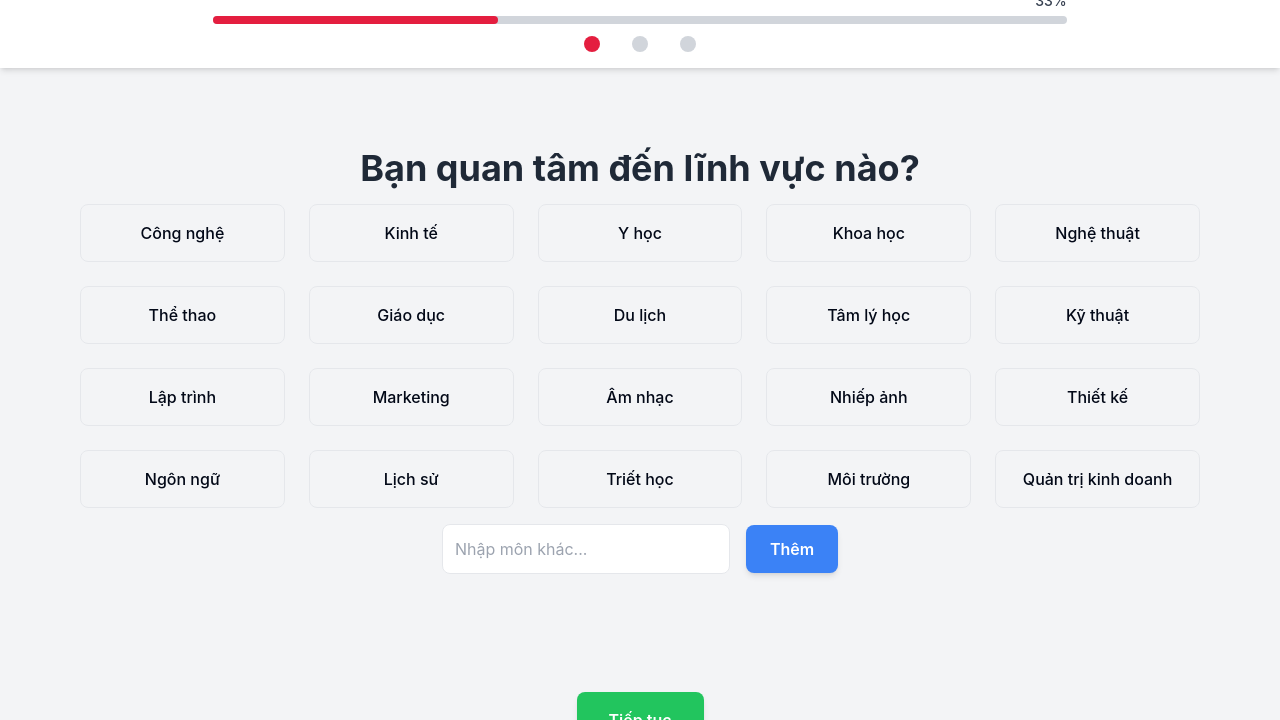
Repository: nguyenbathevien/KLTN
Page: /survey/step1 (app in FE/client/)
The author's editor kept a copy of each file at every save. The page is drawn from the files as they stood at one save, then again after the next save.
The browser window is 1280 px wide. The pictures show the whole page.
The page's requests for data from a server got no answer. An inner scrolling area shows only its first screen. The project was rebuilt for these pictures with package versions that can differ from the ones it lists, and the page was loaded fresh each time. No one was signed in, and anything a server would have sent is missing. Also part of the build but not shown: FE/client/vite.config.js, FE/client/src/components/common/Header/Header.jsx, FE/client/src/components/common/Footer/Footer.jsx, FE/client/src/components/common/Layout/TeacherLayout.jsx, FE/client/src/pages/teacher/DashboardTeacher.jsx, FE/client/src/pages/teacher/CourseManagement.jsx, FE/client/src/pages/teacher/Statistics.jsx, FE/client/src/pages/teacher/Profile.jsx and 22 more.

Above is the page before, as saved 2025-03-14 09:13:46.

### FE/client/src/main.jsx
import { StrictMode } from "react";
import { createRoot } from "react-dom/client";
import "./index.css";
import App from "./App.jsx";
import "./auth.css";
import "./swiper.css";

createRoot(document.getElementById("root")).render(
  <StrictMode>
    <App />
  </StrictMode>
);

### FE/client/src/App.jsx
import { BrowserRouter as Router, Routes, Route } from "react-router-dom";
import TeacherRoutes from "./routes/TeacherRoutes";
import StudentRoutes from "./routes/StudentRoutes";
import PublicRoutes from "./routes/PublicRoutes";
import Verify from "./pages/auth/Verify";
import { ToastContainer } from "react-toastify";
import { AuthProvider } from "./contexts/AuthContext";
import ScrollToTop from "./components/common/Layout/ScrollToTop";

import SurveyRoutes from "./routes/SurveyRoutes";
// import PrivateRoute from "./routes/PrivateRoute";

function App() {
  return (
    <AuthProvider>
      <Router>
        <ScrollToTop />
        <Routes>
          {/* Route public */}
          <Route path="/*" element={<PublicRoutes />} />

          {/* Route dashboard student */}
          <Route path="/student/*" element={<StudentRoutes />} />

          <Route path="/verify" element={<Verify />} />
          <Route path="/survey/*" element={<SurveyRoutes />} />
          {/* Thêm route cho giảng viên với PrivateRoute */}
          <Route
            path="/instructor/*"
            element={
              // <PrivateRoute> dòng này để bảo vệ dashboard teacer phải đăng nhập thì mới vào được( giờ tạm tắt để css )
              <TeacherRoutes />
              // </PrivateRoute>
            }
          />
        </Routes>
      </Router>
      <ToastContainer />
    </AuthProvider>
  );
}

export default App;

### FE/client/src/auth.css
/* Auth Container */
.auth-container {
  @apply min-h-screen flex;
}

/* Auth Slider */
.auth-slider {
  @apply hidden lg:block lg:w-1/2 relative overflow-hidden bg-primary;
}

/* Auth Form Container */
.auth-form-container {
  @apply w-full lg:w-1/2 flex flex-col justify-center px-4 sm:px-6 lg:px-8 py-12 bg-background;
}

/* Auth Form Box */
.auth-form-box {
  @apply w-full max-w-md mx-auto bg-card p-8 rounded-sm shadow-sm;
}

/* Auth Title */
.auth-title {
  @apply text-2xl md:text-3xl font-bold text-foreground text-center mb-2;
}

/* Auth Subtitle */
.auth-subtitle {
  @apply text-sm text-accent text-center mb-8;
}

/* Form Input */
.form-input {
  @apply w-full px-4 py-2 border border-input rounded-sm
         focus:outline-none focus:ring-2 focus:ring-primary focus:border-transparent
         placeholder-accent/60;
}

/* Form Error */
.form-error {
  @apply text-destructive text-sm mt-1;
}

/* Social Buttons */
.btn-social {
  @apply w-full flex items-center justify-center px-4 py-2
         border border-input rounded-sm text-sm font-medium
         text-foreground bg-card hover:bg-secondary
         transition-colors duration-200;
}

/* Primary Button */
.btn-primary {
  @apply w-full px-4 py-2 bg-primary text-primary-foreground
         rounded-sm font-medium hover:bg-primary/90
         transition-colors duration-200
         disabled:opacity-50 disabled:cursor-not-allowed;
}

/* Divider */
.auth-divider {
  @apply relative my-6;
}

.auth-divider::before {
  content: "";
  @apply absolute inset-0 flex items-center;
}

.auth-divider::before {
  @apply w-full border-t border-input;
}

.auth-divider-text {
  @apply relative flex justify-center text-sm text-accent;
}

.auth-divider-text span {
  @apply px-2 bg-card;
}

/* Links */
.auth-link {
  @apply text-primary hover:text-primary/90 transition-colors duration-200;
}

/* Form Group */
.form-group {
  @apply space-y-1;
}

/* Terms Text */
.terms-text {
  @apply text-xs text-accent text-center mt-6;
}

/* Login Link Container */
.login-link-container {
  @apply text-center text-sm text-accent mt-6;
}

/* Slide Content */
.slide-content {
  @apply max-w-xl text-center px-4;
}

.slide-title {
  @apply text-2xl md:text-4xl font-bold text-white mb-4;
}

.slide-description {
  @apply text-base md:text-xl text-white/90;
}

/* Animation Classes */
.fade-in {
  @apply animate-fade-in;
}

.slide-up {
  @apply animate-slide-up;
}

/* Responsive Adjustments */
@screen sm {
  .auth-form-box {
    @apply p-10;
  }
}

@screen md {
  .auth-form-container {
    @apply px-8;
  }
}

@screen lg {
  .auth-form-container {
    @apply px-12;
  }
}
/* trang verify */
.text-primary {
  color: #e41e3f;
}

.bg-primary {
  background-color: #e41e3f;
}

.hover\:bg-primary\/90:hover {
  background-color: rgba(228, 30, 63, 0.9);
}

.border-primary {
  border-color: #e41e3f;
}

.bg-primary\/10 {
  background-color: rgba(228, 30, 63, 0.1);
}

/* Animation cho input khi focus */
@keyframes pulse {
  0% {
    box-shadow: 0 0 0 0 rgba(228, 30, 63, 0.4);
  }
  70% {
    box-shadow: 0 0 0 4px rgba(228, 30, 63, 0);
  }
  100% {
    box-shadow: 0 0 0 0 rgba(228, 30, 63, 0);
  }
}

input:focus {
  animation: pulse 1.5s infinite;
}
/* ----------------- */

### FE/client/src/contexts/AuthContext.jsx
import React, { createContext, useContext, useState, useEffect } from "react";
import { toast } from "react-toastify";
import { getCurrentUser, login, logout } from "../services/auth.services";

// Tạo AuthContext
const AuthContext = createContext();

// Provider quản lý xác thực
export const AuthProvider = ({ children }) => {
  const [user, setUser] = useState(null);
  const [loading, setLoading] = useState(true);

  // Gọi API login và cập nhật user
  const handleLogin = async (data) => {
    try {
      const userData = await login(data);
      setUser(userData);
    } catch (error) {
      console.error(error);
    }
  };

  // Gọi API logout
  const handleLogout = async () => {
    try {
      await logout();
      setUser(null);
    } catch (error) {
      console.error(error);
    }
  };

  // Lấy thông tin user khi load trang
  useEffect(() => {
    const fetchUser = async () => {
      try {
        const currentUser = await getCurrentUser();
        setUser(currentUser);
      } catch (error) {
        setUser(null);
      } finally {
        setLoading(false);
      }
    };

    fetchUser();
  }, []);

  return (
    <AuthContext.Provider value={{ user, loading, handleLogin, handleLogout }}>
      {children}
    </AuthContext.Provider>
  );
};

// Custom hook để sử dụng AuthContext
export const useAuth = () => {
  return useContext(AuthContext);
};

### FE/client/src/components/common/Layout/ScrollToTop.js
import { useEffect } from "react";
import { useLocation } from "react-router-dom";

const ScrollToTop = () => {
  const { pathname } = useLocation();

  useEffect(() => {
    window.scrollTo(0, 0, { behavior: "smooth" });
  }, [pathname]);

  return null;
};

export default ScrollToTop;

### FE/client/src/routes/SurveyRoutes.jsx
import { Route, Routes } from "react-router-dom";
import DashboardLayout from "../components/common/Layout/SurveyLayout";
import SurveyStep1 from "../pages/survay/SurveyStep1";
import SurveyStep2 from "../pages/survay/SurveyStep2";
import SurveyStep3 from "../pages/survay/SurveyStep3";

const SurveyRoutes = () => {
  return (
    <DashboardLayout>
      <Routes>
        <Route path="step1" element={<SurveyStep1 />} />
        <Route path="step2" element={<SurveyStep2 />} />
        <Route path="step3" element={<SurveyStep3 />} />
      </Routes>
    </DashboardLayout>
  );
};
export default SurveyRoutes;

### FE/client/src/services/auth.services.js
import { toast } from "react-toastify";
import http from "../../config/http";

export const login = async (data) => {
  try {
    const response = await http.post("/login", data);
    localStorage.setItem("token", response.data.data);
    toast.success("Login successfully", {
      autoClose: 1000,
      onClose: () => {
        window.location.href = "/";
      },
    });
    return response.data.data;
  } catch (error) {
    toast.error("Login failed", {
      autoClose: 1000,
    });
    throw error.response.data;
  }
};

export const register = async (data) => {
  try {
    await http.post("/user", data);
    toast.success("Register successfully", {
      autoClose: 1000,
      onClose: () => {
        window.location.href = "/login";
      },
    });
  } catch (error) {
    toast.error("Register failed", {
      autoClose: 1000,
    });
    throw error.response.data;
  }
};

export const logout = async () => {
  try {
    localStorage.removeItem("token");
    toast.success("Logout successfully", {
      autoClose: 1000,
      onClose: () => {
        window.location.href = "/";
      },
    });
  } catch (error) {
    toast.error("Logout failed", {
      autoClose: 1000,
    });
    throw error.response.data;
  }
};

export const getCurrentUser = async () => {
  try {
    const token = localStorage.getItem("token");
    if (!token) {
      return null;
    }
    const response = await http.get("/account", {
      headers: {
        Authorization: `Bearer ${token}`,
      },
    });
    return response.data.data;
  } catch (error) {
    throw error.response.data;
  }
};

### FE/client/src/components/common/Layout/SurveyLayout.jsx
import { Link, useLocation } from "react-router-dom";
import { motion } from "framer-motion";

const steps = [
  { id: 1, path: "/survey/step1" },
  { id: 2, path: "/survey/step2" },
  { id: 3, path: "/survey/step3" },
];

const DashboardLayout = ({ children }) => {
  const location = useLocation(); // Lấy URL hiện tại

  // Xác định bước hiện tại dựa trên pathname
  const currentStepIndex = steps.findIndex(
    (step) => step.path === location.pathname
  );
  const progressPercentage = ((currentStepIndex + 1) / steps.length) * 100; // Tính phần trăm hoàn thành

  return (
    <div className="flex flex-col h-screen bg-gray-100">
      {/* Thanh điều hướng ngang */}
      <nav className="w-full bg-white shadow-md flex flex-col items-center py-4">
        {/* Hiển thị tiến trình */}
        <div className="w-2/3 bg-gray-300 h-2 rounded-full mb-3 relative">
          <motion.div
            className="bg-primary h-2 rounded-full"
            initial={{ width: "0%" }}
            animate={{ width: `${progressPercentage}%` }}
            transition={{ duration: 0.5 }}
          />
          <span className="absolute right-0 top-[-25px] text-sm font-medium text-gray-700">
            {progressPercentage.toFixed(0)}%
          </span>
        </div>

        {/* Các bước khảo sát */}
        <div className="flex">
          {steps.map((step, index) => (
            <Link key={step.id} to={step.path} className="relative mx-4">
              <motion.div
                className={`w-4 h-4 rounded-full ${
                  location.pathname === step.path
                    ? "bg-primary"
                    : "bg-gray-300 hover:bg-blue-400"
                }`}
                whileHover={{ scale: 1.5 }}
                transition={{ duration: 0.3 }}
              />
            </Link>
          ))}
        </div>
      </nav>

      {/* Nội dung chính */}
      <motion.main
        initial={{ opacity: 0 }}
        animate={{ opacity: 1 }}
        transition={{ duration: 0.5 }}
        className="flex-1 p-8 overflow-auto"
      >
        {children}
      </motion.main>
    </div>
  );
};

export default DashboardLayout;

### FE/client/src/pages/survay/SurveyStep1.jsx
import { useState, useEffect } from "react";
import { useNavigate } from "react-router-dom";
import { motion } from "framer-motion";

const interestsList = [
  "Công nghệ",
  "Kinh tế",
  "Y học",
  "Khoa học",
  "Nghệ thuật",
  "Thể thao",
  "Giáo dục",
  "Du lịch",
  "Tâm lý học",
  "Kỹ thuật",
  "Lập trình",
  "Marketing",
  "Âm nhạc",
  "Nhiếp ảnh",
  "Thiết kế",
  "Ngôn ngữ",
  "Lịch sử",
  "Triết học",
  "Môi trường",
  "Quản trị kinh doanh",
];

const SurveyStep1 = () => {
  const navigate = useNavigate();

  // Lấy dữ liệu từ localStorage
  const [interests, setInterests] = useState(() => {
    return JSON.parse(localStorage.getItem("interests")) || [];
  });

  // Giá trị nhập vào của "Khác..."
  const [customInterest, setCustomInterest] = useState("");

  useEffect(() => {
    localStorage.setItem("interests", JSON.stringify(interests));
  }, [interests]);

  const handleNext = () => navigate("/survey/step2");

  return (
    <div className="flex flex-col justify-between h-screen p-12">
      {/* Tiêu đề */}
      <h2 className="text-4xl font-bold text-gray-800 text-center mb-4">
        Bạn quan tâm đến lĩnh vực nào?
      </h2>

      {/* Danh sách lựa chọn */}
      <div className="grid grid-cols-2 sm:grid-cols-3 md:grid-cols-4 lg:grid-cols-5 gap-6 mx-auto w-full max-w-6xl">
        {interestsList.map((item) => (
          <motion.button
            key={item}
            whileTap={{ scale: 0.9 }}
            className={`p-4 border rounded-lg text-center font-medium transition duration-300 ${
              interests.includes(item)
                ? "bg-primary text-white shadow-lg"
                : "bg-gray-100 hover:bg-gray-200"
            }`}
            onClick={() =>
              setInterests((prev) =>
                prev.includes(item)
                  ? prev.filter((i) => i !== item)
                  : [...prev, item]
              )
            }
          >
            {item}
          </motion.button>
        ))}
      </div>

      {/* Nhập môn học khác */}
      <div className="flex items-center justify-center mt-4 space-x-4">
        <input
          type="text"
          placeholder="Nhập môn khác..."
          value={customInterest}
          onChange={(e) => setCustomInterest(e.target.value)}
          className="p-3 border rounded-lg w-72 focus:ring focus:ring-primary"
        />
        <motion.button
          whileHover={{ scale: 1.1 }}
          whileTap={{ scale: 0.9 }}
          className="bg-blue-500 text-white px-6 py-3 rounded-lg font-semibold shadow-md transition"
          onClick={() => {
            if (customInterest.trim() && !interests.includes(customInterest)) {
              setInterests([...interests, customInterest.trim()]);
              setCustomInterest(""); // Reset input
            }
          }}
        >
          Thêm
        </motion.button>
      </div>

      {/* Nút Tiếp tục luôn ở cuối */}
      <div className="flex justify-center mt-auto pb-6">
        <motion.button
          whileHover={{ scale: 1.1 }}
          whileTap={{ scale: 0.9 }}
          className="bg-green-500 text-white px-8 py-4 rounded-lg font-semibold shadow-md transition"
          onClick={handleNext}
        >
          Tiếp tục
        </motion.button>
      </div>
    </div>
  );
};

export default SurveyStep1;

### FE/client/config/http.js
import axios from "axios";

const http = axios.create({
  baseURL: import.meta.env.VITE_API_URL,
  withCredentials: true,
  headers: {
    "Content-Type": "application/json",
  },
});

// Add a request interceptor
http.interceptors.request.use(
  function (config) {
    // Do something before request is sent
    // For example, you can add authorization tokens here
    const token = localStorage.getItem("token");
    if (token) {
      config.headers.Authorization = `Bearer ${token}`;
    }
    return config;
  },
  function (error) {
    // Do something with request error
    return Promise.reject(error);
  }
);

// Add a response interceptor
http.interceptors.response.use(
  function (response) {
    // Any status code that lie within the range of 2xx cause this function to trigger
    // Do something with response data
    return response;
  },
  function (error) {
    // Any status codes that falls outside the range of 2xx cause this function to trigger
    // Do something with response error
    if (error.response && error.response.status === 401) {
      // Handle unauthorized errors, e.g., redirect to login
      localStorage.removeItem("token");
    }
    return Promise.reject(error);
  }
);

export default http;

### FE/client/tailwind.config.js
/** @type {import('tailwindcss').Config} */
export default {
  content: ["./index.html", "./src/**/*.{js,ts,jsx,tsx}"],
  theme: {
    extend: {
      colors: {
        primary: {
          DEFAULT: "#E11D48",
          foreground: "#FFFFFF",
        },
        secondary: {
          DEFAULT: "#F0F1F3",
          foreground: "#020817",
        },
        accent: {
          DEFAULT: "#6D7074",
          foreground: "#020817",
        },
        background: "#FAFAFB",
        foreground: "#020817",
        card: {
          DEFAULT: "#FFFFFF",
          foreground: "#020817",
        },
        popover: {
          DEFAULT: "#FFFFFF",
          foreground: "#020817",
        },
        muted: {
          DEFAULT: "#F0F1F3",
          foreground: "#6D7074",
        },
        destructive: {
          DEFAULT: "#FF4C4C",
          foreground: "#FFFFFF",
        },
        border: "#E0E0E0",
        input: "#E0E0E0",
        ring: "#E11D48",
        chart: {
          1: "#FF6F61",
          2: "#4CAF50",
          3: "#03A9F4",
          4: "#FFC107",
          5: "#8E44AD",
        },
        // Thêm màu cho form đăng ký
        form: {
          input: {
            DEFAULT: "#FFFFFF",
            border: "#E0E0E0",
            focus: "#E11D48",
            error: "#FF4C4C",
          },
          button: {
            social: {
              facebook: "#1877F2",
              google: "#DB4437",
              apple: "#000000",
            },
          },
        },
      },
      fontFamily: {
        sans: ["Inter", "sans-serif"],
      },
      fontSize: {
        heading: "28px",
        body: "16px",
        // Thêm kích thước font cho form
        form: {
          title: "2.25rem", // 36px
          subtitle: "1.125rem", // 18px
          input: "0.875rem", // 14px
          error: "0.75rem", // 12px
        },
      },
      fontWeight: {
        heading: "600",
        body: "400",
      },
      borderRadius: {
        sm: "0.125rem",
        // Thêm border radius cho form
        form: "0.5rem", // 8px
      },
      boxShadow: {
        sm: "0 1px 2px 0 rgb(0 0 0 / 0.05)",
        // Thêm shadow cho form
        form: "0 4px 6px -1px rgb(0 0 0 / 0.1), 0 2px 4px -2px rgb(0 0 0 / 0.1)",
        input: "0 1px 2px 0 rgb(0 0 0 / 0.05)",
      },
      spacing: {
        // Thêm spacing cho form
        form: {
          input: "0.75rem", // 12px
          gap: "1.5rem", // 24px
          padding: "2rem", // 32px
        },
      },
      animation: {
        // Thêm animation cho form
        "slide-up": "slideUp 0.3s ease-out",
        "fade-in": "fadeIn 0.3s ease-out",
      },
      keyframes: {
        slideUp: {
          "0%": { transform: "translateY(10px)", opacity: 0 },
          "100%": { transform: "translateY(0)", opacity: 1 },
        },
        fadeIn: {
          "0%": { opacity: 0 },
          "100%": { opacity: 1 },
        },
      },
    },
  },
  plugins: [],
  darkMode: "class",
};

Loaded but not shown: FE/client/index.html (common file); FE/client/src/index.css (common file)

After the next save:
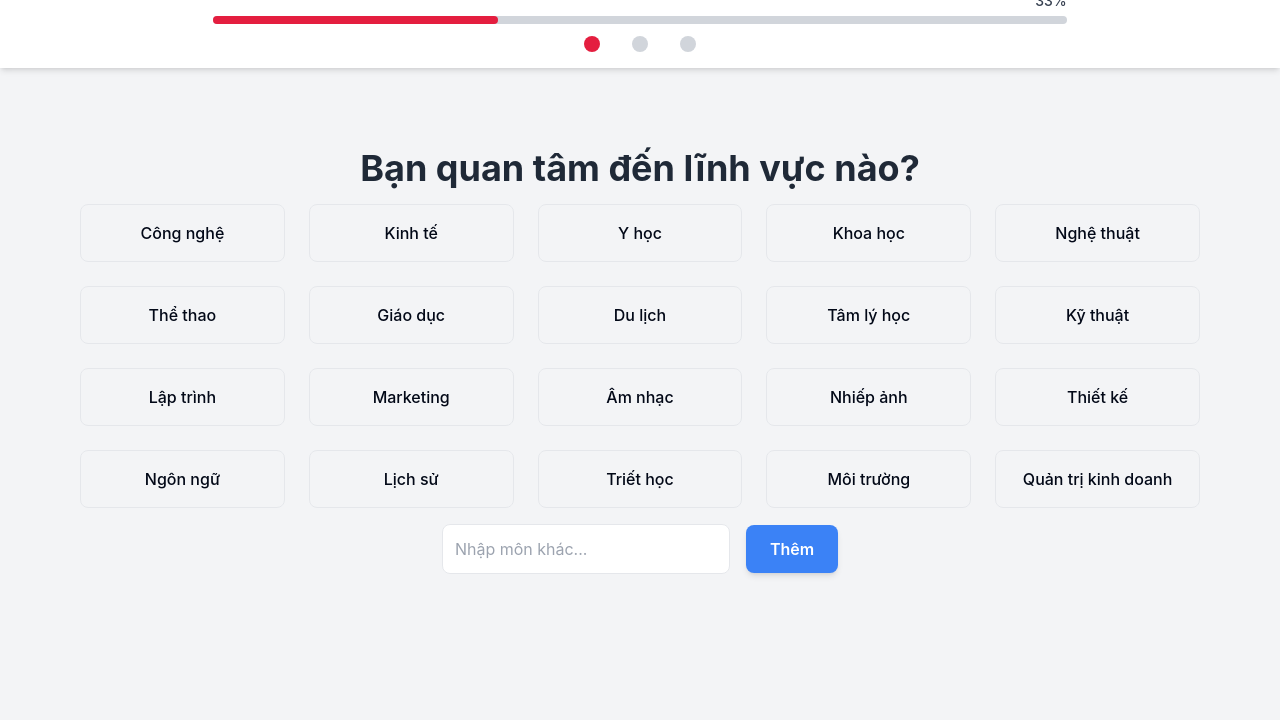
Saved 110 s later.
--- a/FE/client/src/pages/survay/SurveyStep1.jsx
+++ b/FE/client/src/pages/survay/SurveyStep1.jsx
@@ -43,7 +43,7 @@ const SurveyStep1 = () => {
   const handleNext = () => navigate("/survey/step2");
 
   return (
-    <div className="flex flex-col justify-between h-screen p-12">
+    <div className="flex flex-col h-screen p-12 relative">
       {/* Tiêu đề */}
       <h2 className="text-4xl font-bold text-gray-800 text-center mb-4">
         Bạn quan tâm đến lĩnh vực nào?
@@ -97,8 +97,8 @@ const SurveyStep1 = () => {
         </motion.button>
       </div>
 
-      {/* Nút Tiếp tục luôn ở cuối */}
-      <div className="flex justify-center mt-auto pb-6">
+      {/* Nút Tiếp tục ở góc phải dưới cùng */}
+      <div className="absolute bottom-6 right-6">
         <motion.button
           whileHover={{ scale: 1.1 }}
           whileTap={{ scale: 0.9 }}
